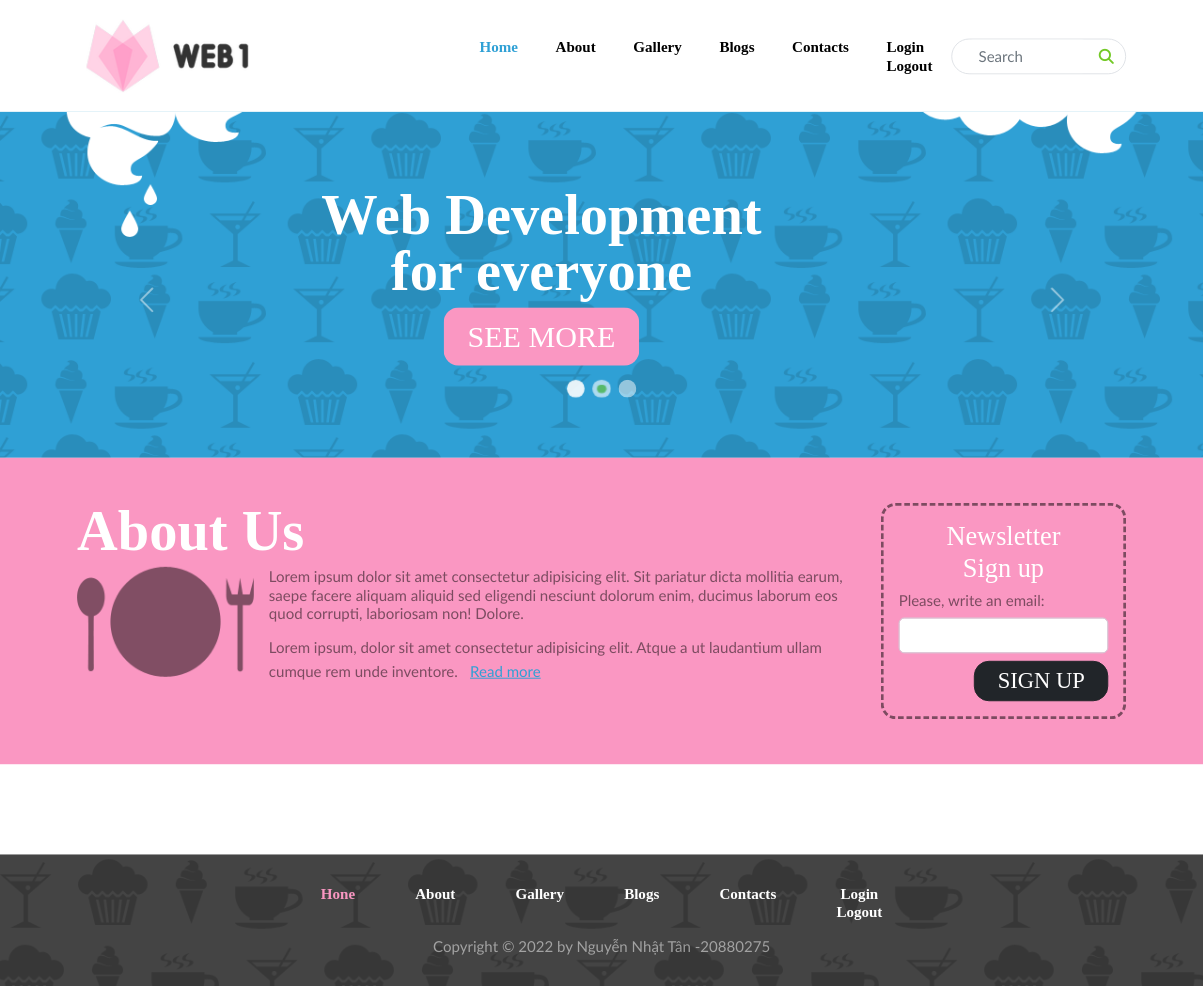
Repository: carembanhkem/web1-20880275
Page: index.html
These files come from the project's save history. The page is drawn as it stood at one moment and after the next save; the edit follows.
The browser window is 1280 px wide. The pictures show the whole page, at 94% of full size.
The page's requests for data from a server got no answer. Some web fonts or font styles are not loaded; a fallback is used. Some web libraries are served in a nearby version.

Above is the page before, as saved 2023-02-08 21:07:49.
Console error: ReferenceError: checkLo is not defined

After the next save:
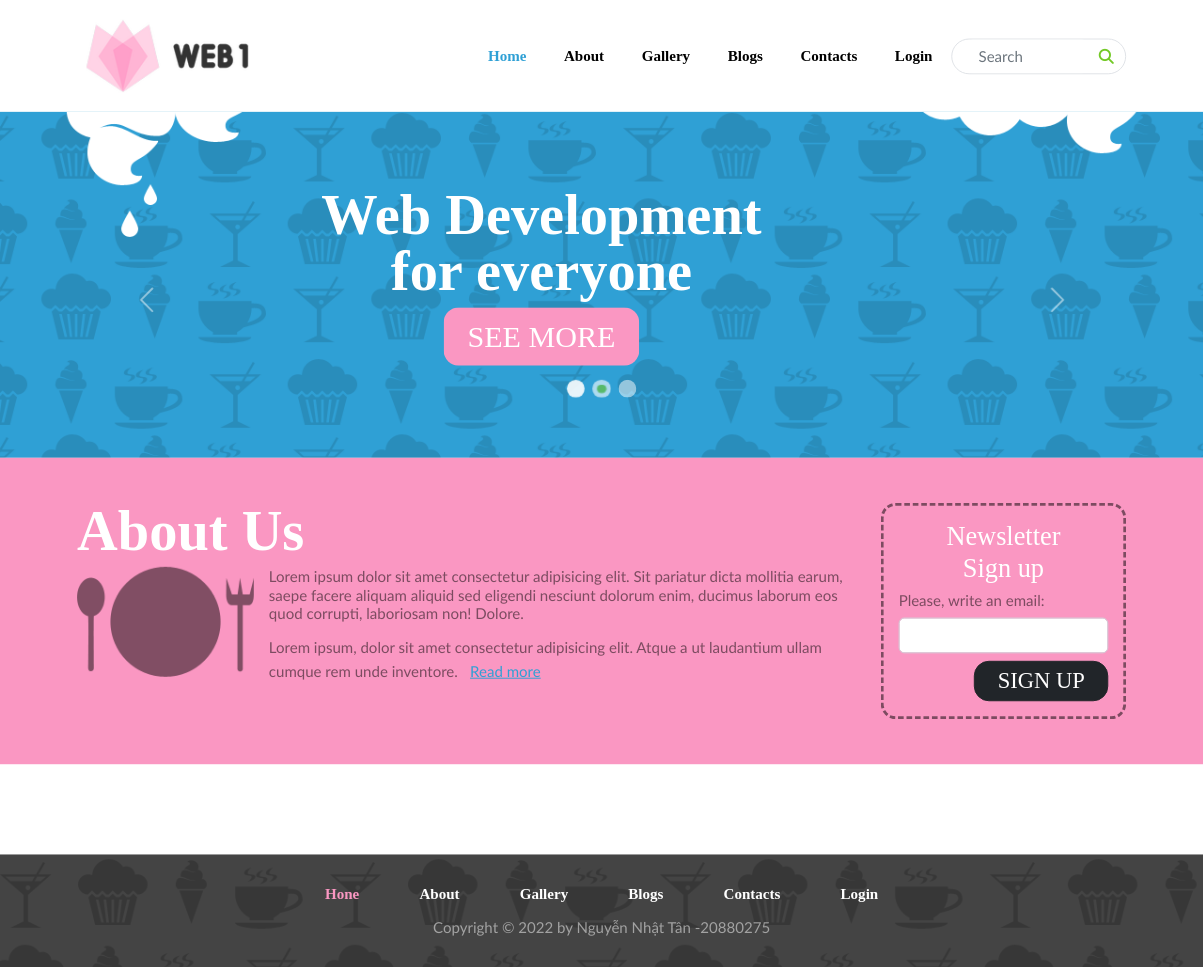
The error is gone.
Saved 4 s later.
--- a/index.html
+++ b/index.html
@@ -418,7 +418,7 @@
       {{/each}}
     </script>
     <script>
-      checkLo
+      checkLogin();
       loadData("products", "products-template", "products");
       loadData("news", "news-template", "news");
 
